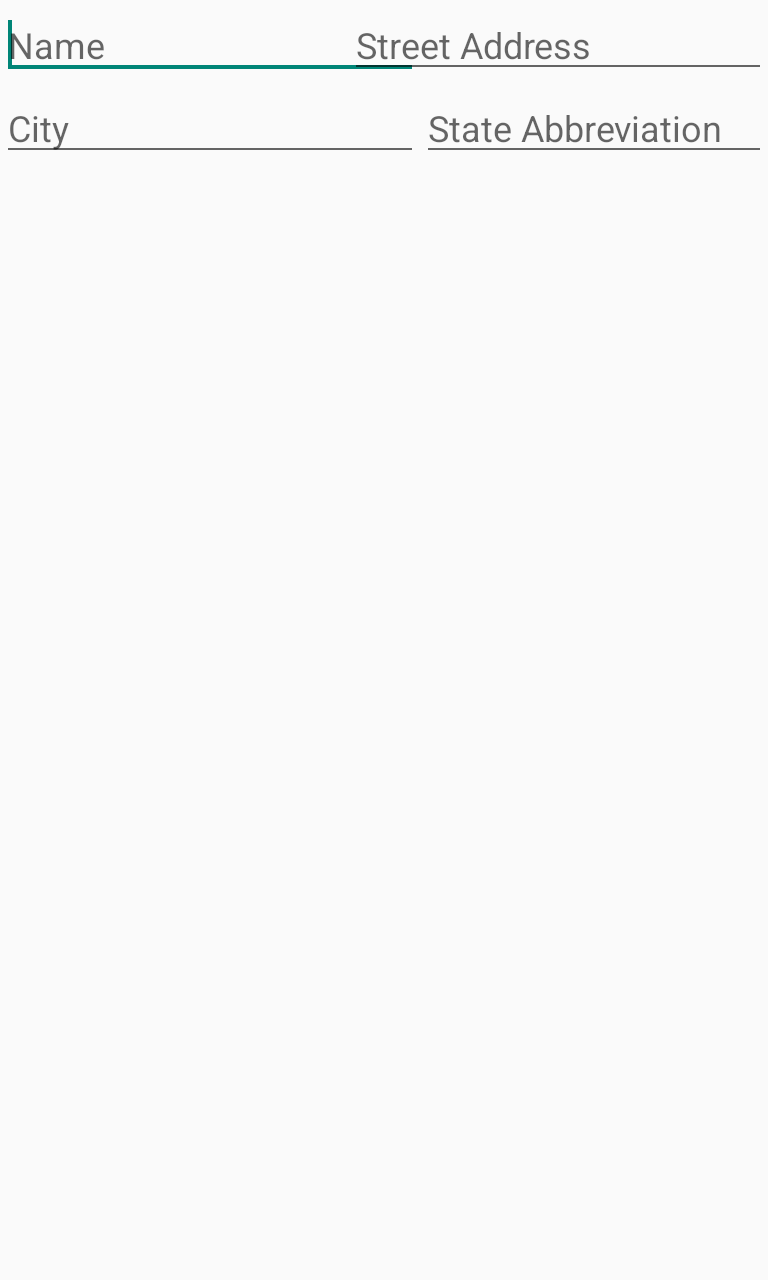
Repository: bhazenstab16/addressbookBMH
Layout: AddressBook/res/layout/activity_main.xml
An editor plug-in stored every save of this project. The layout is shown before and after the next save, followed by the edit.
It is drawn on a 768 x 1280 px phone screen (xhdpi) without system bars, with theme AppTheme; the app's code is not run.

Above is the layout before, as saved 2019-10-17 15:37:00.

After the next save:
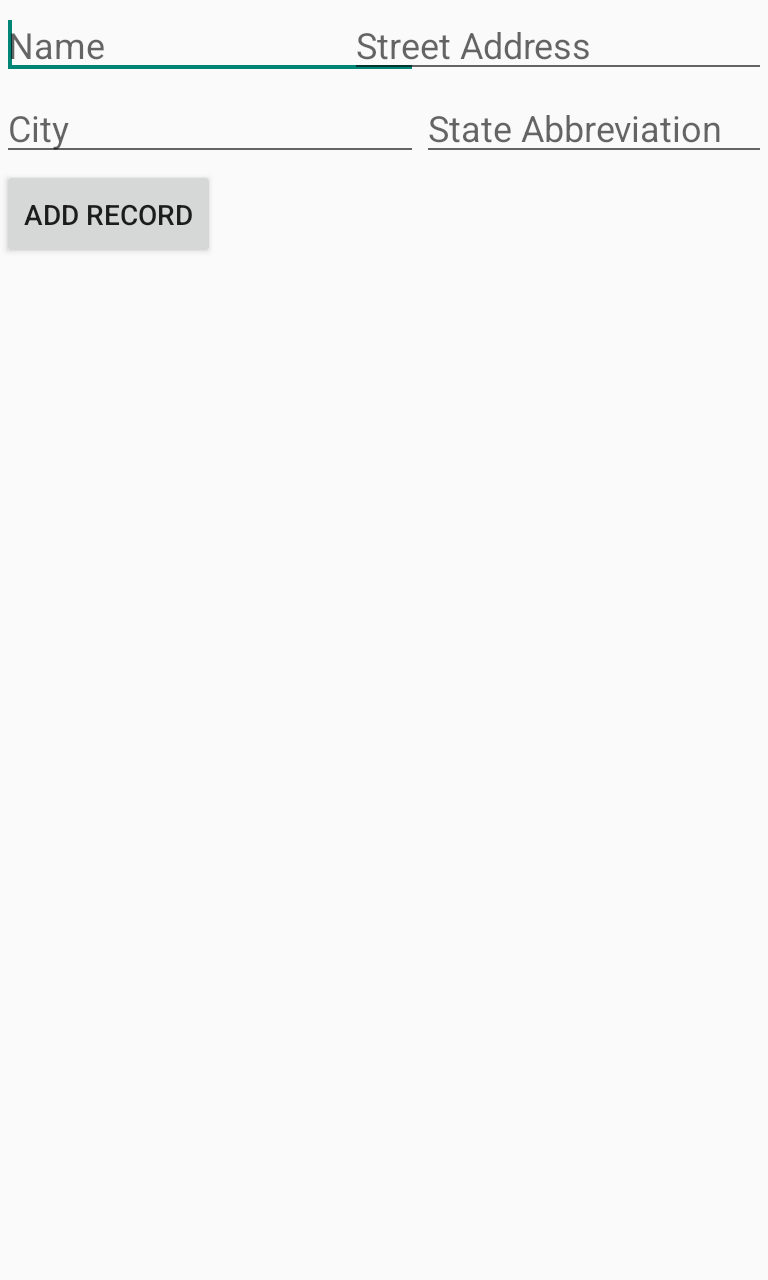
Saved 10 s later.
--- a/AddressBook/res/layout/activity_main.xml
+++ b/AddressBook/res/layout/activity_main.xml
@@ -63,8 +63,8 @@
         android:id="@+id/buttonAdd"
         android:layout_width="wrap_content"
         android:layout_height="wrap_content"
-        android:layout_alignTop="@+id/editTextZip"
-        android:layout_toRightOf="@+id/editTextZip"
-        android:text="+" />
+        android:layout_alignParentLeft="true"
+        android:layout_below="@+id/editTextCity"
+        android:text="@string/stringAddRecord" />
 
 </RelativeLayout>
